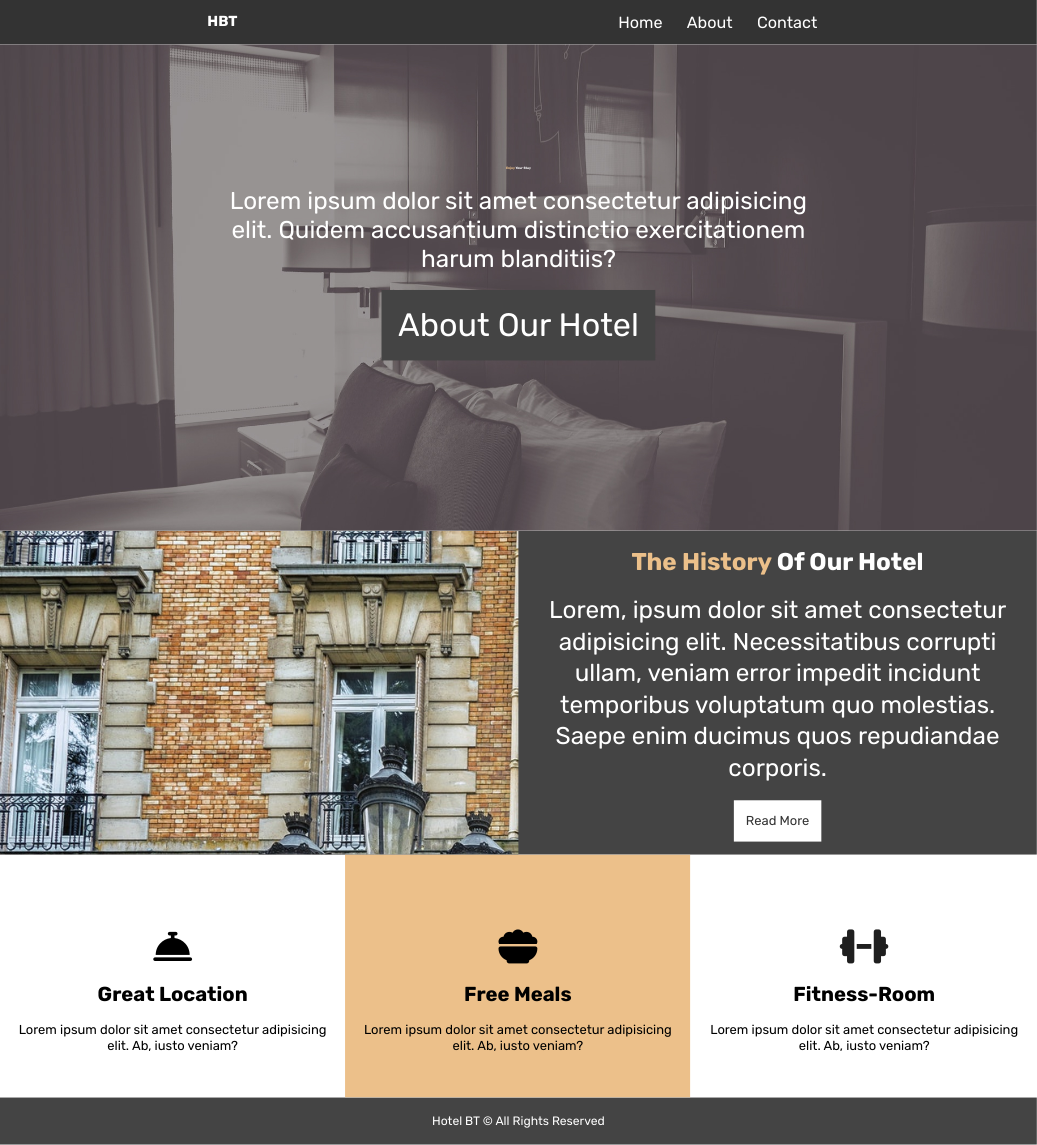
Repository: reemoon-ctrl/35---hotel-website
Page: index.html
An editor plug-in stored every save of this project. The page is shown before and after the next save, followed by the edit.
The browser window is 1280 px wide. The pictures show the whole page, at 81% of full size.
Some web libraries are served in a nearby version.

Above is the page before, as saved 2024-07-24 19:45:45.

After the next save:
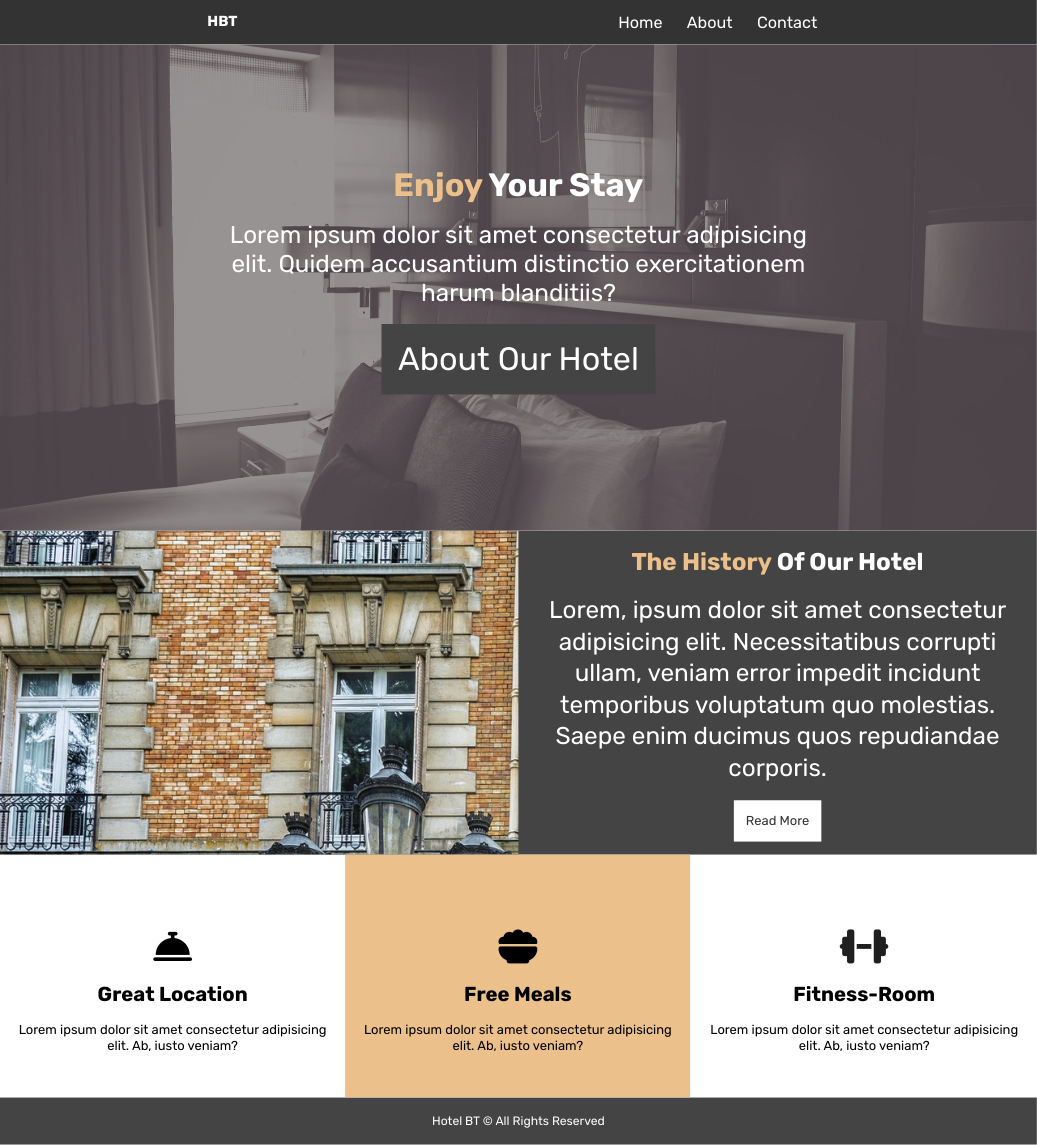
Saved 8 s later.
--- a/index.css
+++ b/index.css
@@ -80,7 +80,7 @@
     color:#fff;
 }
 .mainheadertxt h1{
-    font-size:4px;
+    font-size:40px;
 
 }
 
